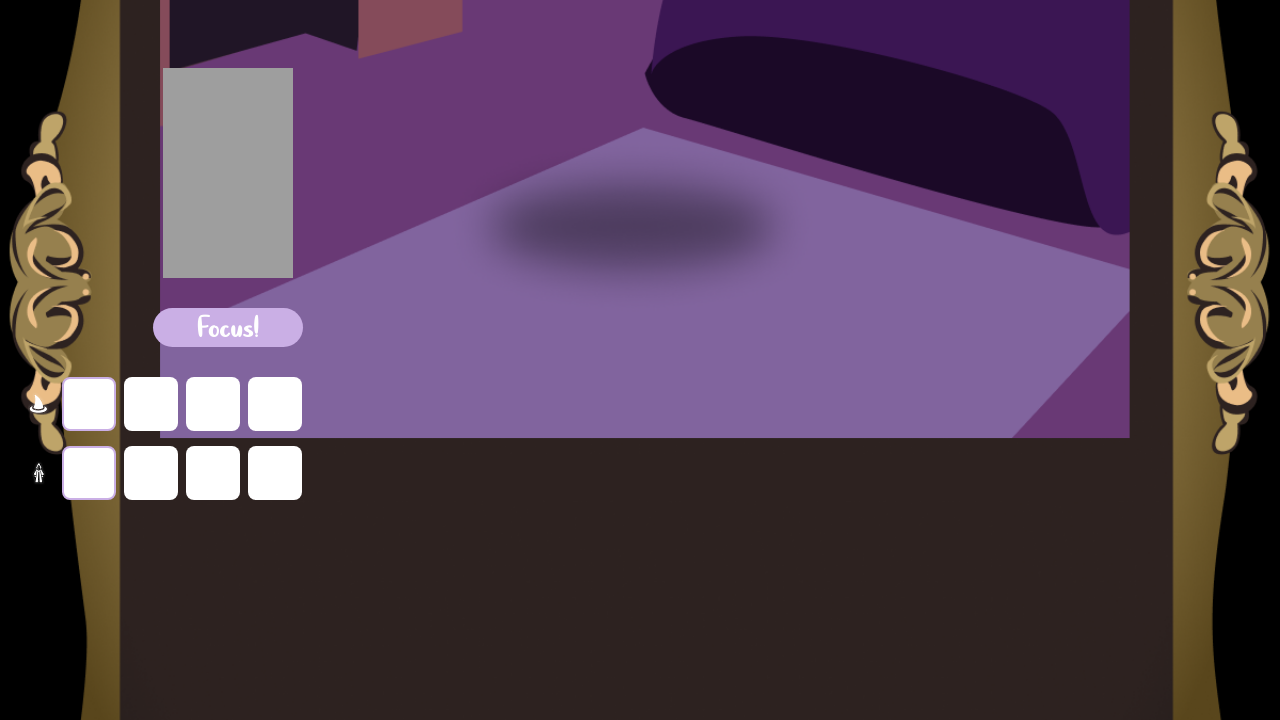
Repository: zhangolivia7/Little-Witch-Alcove
Page: popup.html
An editor plug-in stored every save of this project. The page is shown before and after the next save, followed by the edit.
The browser window is 1280 px wide. The pictures show the whole page.
Pictures or frames that could not be fetched are drawn as grey boxes.

Above is the page before, as saved 2025-11-15 16:43:45.

After the next save:
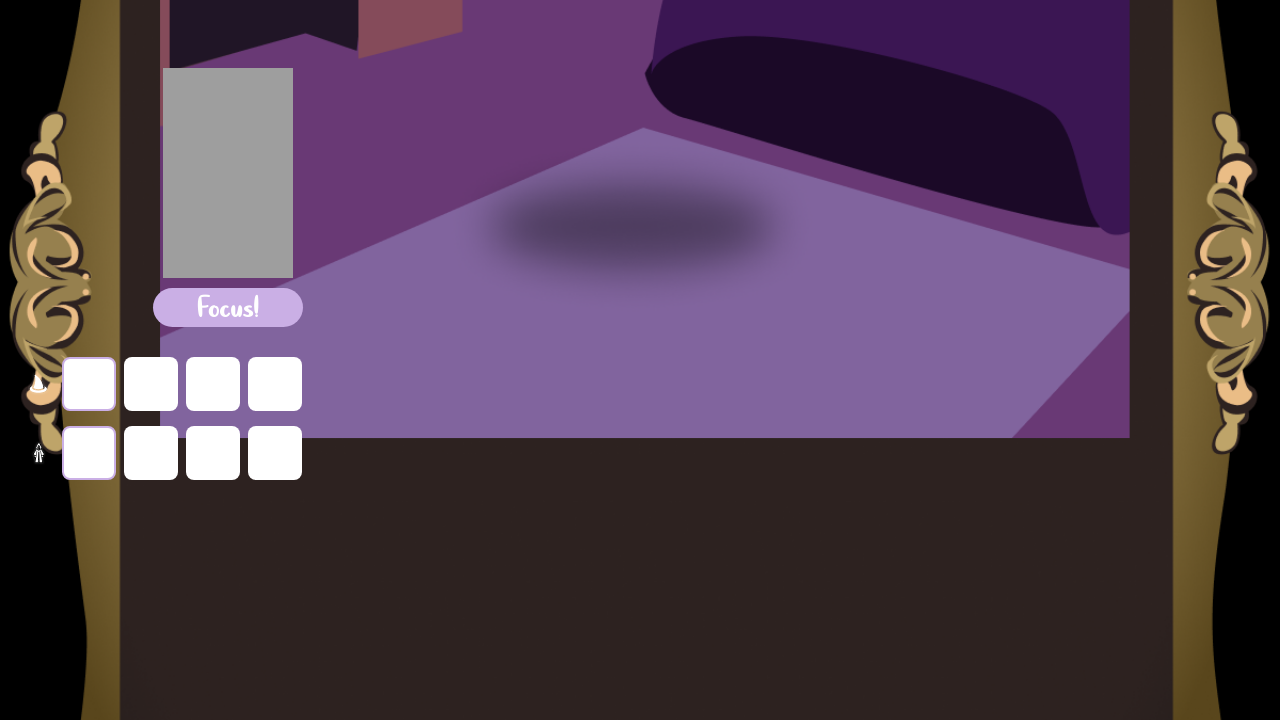
Saved 14 s later.
--- a/popup.css
+++ b/popup.css
@@ -22,7 +22,7 @@ body {
 
   #focus-btn {
     width: 150px;
-    margin: 30px auto 0 auto;
+    margin: 10px auto 0 auto;
     padding: 5px 2px 0px 2px;
     border-radius: 25px;
     background: #CAAFE5;
